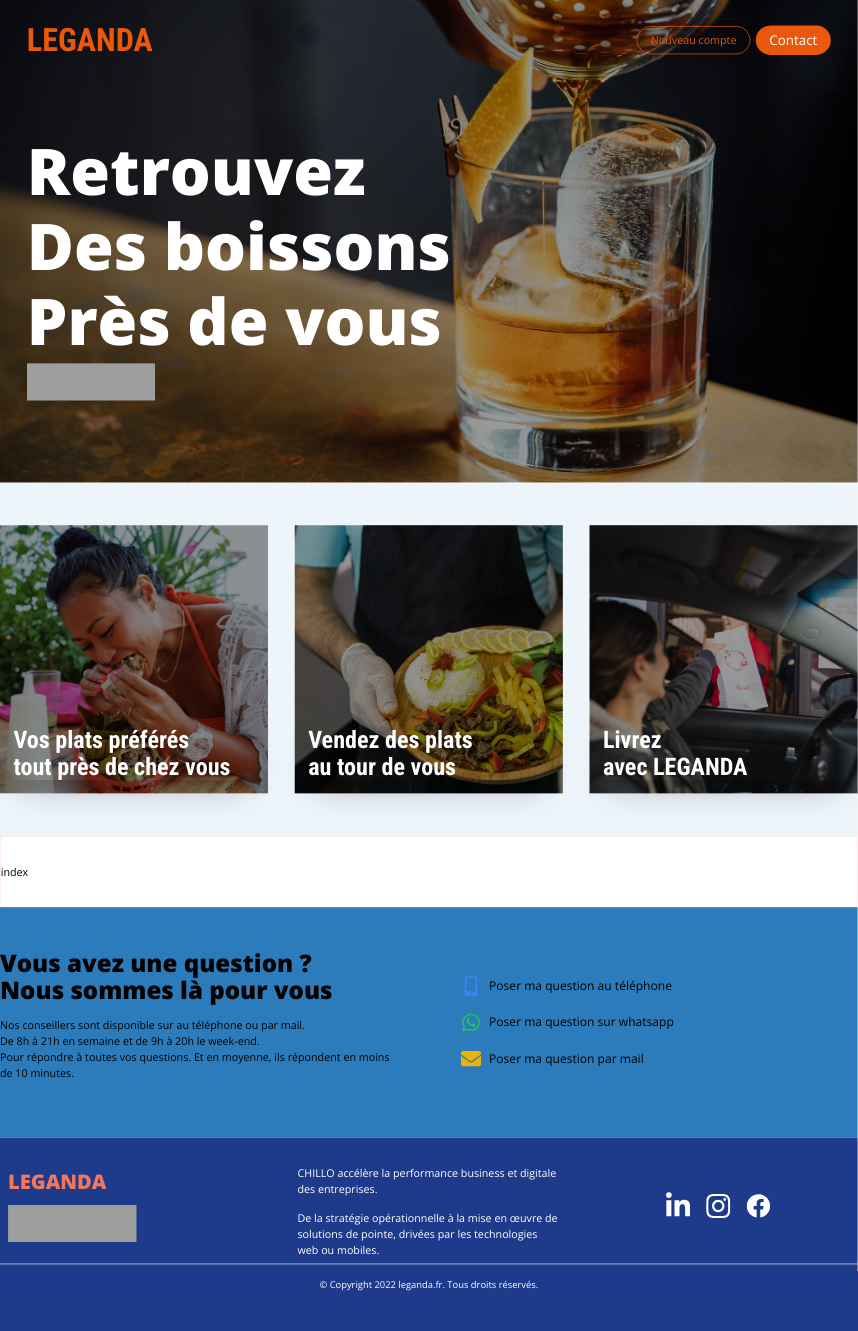
Repository: chillo-tech/website-leganda
Page: /
These files come from the project's save history. The page is drawn as it stood at one moment and after the next save; the edit follows.
The browser window is 1280 px wide. The pictures show the whole page, at 67% of full size.
Pictures or frames that could not be fetched are drawn as grey boxes. The project was rebuilt for these pictures with package versions that can differ from the ones it lists, and the page was loaded fresh each time. Some packages were replaced by stand-ins written for this rebuild. The framework's server and built-in components were replaced by stand-ins that run in the browser. Also part of the build but not shown: next.config.js, components/header/items/SearchBar.tsx.

Above is the page before, as saved 2023-02-09 11:12:43.

### pages/_document.tsx
import { Html, Head, Main, NextScript } from 'next/document'
import Footer from '../components/footer/Footer';

export default function Document() {
	return (
		<Html className="scroll-smooth">
			<Head>
        <link rel="preconnect" href="https://fonts.googleapis.com"/>
        <link rel="preconnect" href="https://fonts.gstatic.com"/>
        <link href="https://fonts.googleapis.com/css2?family=Open+Sans:ital,wght@0,300;0,800;1,800&family=Roboto&family=Roboto+Condensed:wght@700&display=swap" rel="stylesheet"/>
        <link rel="icon" href="/favicon.ico" />
			</Head>
			<body className='flex flex-col h-screen justify-between'>
				<Main />
				<NextScript />
				<Footer />
        <script defer type="text/javascript" src="https://maps.googleapis.com/maps/api/js?key=AIzaSyBoBBvzxlRlkbfYzZcHp8ALOwBk3YjfB-I&libraries=places" />
			</body>
		</Html>
	)
}

### pages/index.tsx
import type { NextPage } from 'next'
import Head from 'next/head';
import Image from 'next/image'
import Link from 'next/link';
import { useState,useRef,useEffect } from 'react';
import Questions from '../components/questions/Questions';
import Header from '../components/header/Header';
import {cn, HEADERS_ITEMS, loaderProp, STORES} from '../utils';
import Tabs from '../components/tabs';

const Home: NextPage = () => {
  const [isLoading, setLoading] = useState(true);
  const timeoutRef = useRef<any>();
  const [displayedItemIndex, setDisplayedItemIndex] = useState(0);
  const delay = 5000;

  const resetTimeout = () => {
    if (timeoutRef.current) {
      clearTimeout(timeoutRef.current);
    }
  }

  useEffect(() => {
    timeoutRef.current = setTimeout(
      () =>
          setDisplayedItemIndex((prevIndex) =>
              prevIndex === HEADERS_ITEMS.length - 1 ? 0 : prevIndex + 1
          ),
      delay
    );
    return () => {
      resetTimeout();
    };
  }, [displayedItemIndex]);
  return (
      <>
        <Head>
          <title>{`LEGANDA | Repas entre particuliers ${HEADERS_ITEMS[displayedItemIndex]['label']}`}</title>
        </Head>
        <main>
          <header className="relative h-screen md:mb-0">
            <Image
              src={HEADERS_ITEMS[displayedItemIndex]['image']}
              alt={`Leganda ${HEADERS_ITEMS[displayedItemIndex]['label']}`}
              unoptimized={true}
              priority={true}
              fill={true}
              className="object-cover"


            />
            <div className="bg-gray opacity-200 header-content absolute bottom-0 top-0 left-0 right-0">
              <div className="bg-black-rgba w-full pt-5 px-3 md:px-10 h-screen mx-auto flex flex-col justify-between">
                <Header withSearchBar={false} />
                <div className="container">
                  <div className="text-5xl md:text-8xl font-extrabold text-white">Retrouvez</div>
                  <div className="text-5xl md:text-8xl py-4 font-extrabold text-white py-2 md:py-4 text-orange-600">{HEADERS_ITEMS[displayedItemIndex]['label']}</div>
                  <div className="text-5xl md:text-8xl font-extrabold text-white">Près de vous</div>
                  <p className="flex py-4 items-center justify-center md:justify-start">
                    {STORES.filter((item: any) => item.active).map((item: any, index: number) => (
                        <Link
                            href="#"
                            target="_blank"
                            key={`liens-${index}`} className="block items-center py-2 w-48 h-14 relative">
                          <Image
                              fill={true}
                              src={`/images/${item.image}`}
                              alt={item?.label}
                          />

                        </Link>
                    ))}
                  </p>
                </div>
                <p />
              </div>
            </div>
          </header>
          <section className="categories py-3 md:py-16 bg-app-light-blue">
            <div className="container">
              <div className="grid gap-10 md:grid-cols-3">
                <Link href='/' className='relative'>
                    <div className="relative home-page-article ">
                      <Image
                          src="/images/eat-food.jpeg"
                          alt="os plats préférés tout près de chez vous"
                          fill={true}
                          unoptimized={true}
                          className="object-cover"
                        />
                    </div>
                    <div className="absolute bottom-0 left-0 right-0 top-0 bg-black-rgba">
                    </div>
                    <div className="absolute bottom-0 left-0 right-0 py-5 px-5 text-white">
                      <h2 className='font-bold pt-2 text-3xl md:text-4xl title shadow-2xl'>Vos plats préférés <br /> tout près de chez vous</h2>
                    </div>
                </Link>
                <Link href='/' className='relative'>
                    <div className="relative home-page-article ">
                      <Image
                          src="/images/food-on-fire.jpeg"
                          alt="Vendez vos plats de vous"

                          fill={true}
                          unoptimized={true}
                          className="object-cover"
                        />
                    </div>
                    <div className="absolute bottom-0 left-0 right-0 top-0 bg-black-rgba">
                    </div>
                    <div className="absolute bottom-0 left-0 right-0 py-5 px-5 text-white">
                      <h2 className='font-bold pt-2 text-3xl md:text-4xl title shadow-2xl'>Vendez des plats <br /> au tour de vous</h2>
                    </div>
                </Link>
                <Link href='/' className='relative'>
                    <div className="relative home-page-article ">
                      <Image
                          src="/images/delivery.jpeg"
                          alt="Livrez des repas avec leganda"
                          fill={true}
                          unoptimized={true}
                          className="object-cover"
                        />
                    </div>
                    <div className="absolute bottom-0 left-0 right-0 top-0 bg-black-rgba">
                    </div>
                    <div className="absolute bottom-0 left-0 right-0 py-5 px-5 text-white">
                      <h2 className='font-bold pt-2 text-3xl md:text-4xl title shadow-2xl'>Livrez <br /> avec LEGANDA</h2>
                    </div>
                </Link>

              </div>
              </div>
          </section>
          <section className='container px-3 md:px-0'>
          <Tabs/>
          </section>
          {/*<Cities />*/}
          <Questions />
        </main>
      </>
  )
}

export default Home

### styles/globals.css
@tailwind base;
@tailwind components;
@tailwind utilities;
body {
  font-family: 'Open Sans', 'Roboto', sans-serif;
}
.title {
  font-family: 'Roboto Condensed', sans-serif;
}
@layer base {
  [type="text"],
  [type="email"],
  [type="url"],
  [type="password"],
  [type="number"],
  [type="date"],
  [type="datetime-local"],
  [type="month"],
  [type="search"],
  [type="tel"],
  [type="time"],
  [type="week"],
  [multiple],
  textarea,
  select {
    @apply w-full border-gray-300 rounded-lg shadow-sm focus:border-blue-500 focus:ring-blue-500;
  }
  [type="checkbox"],
  [type="radio"] {
    @apply border-gray-300 rounded text-blue-600 focus:ring-blue-500;
  }
}

.bg-site-blue {
    background-color: #86aec0;
    color: #000000;
}

.bg-site-orange {
    background-color: #f6ac9f;
}

.color-site-blue {
   color: #86aec0;
}

.color-site-orange {
    color: #f2785c;
}

.home-page-article {
  min-height: 400px;
}

### context/search-context-provider.tsx
import { SearchParams } from '../types';
import { Context,createContext, useMemo, useReducer, useCallback } from 'react'
import SearchReducer from './SearchReducer';
import { Param } from '../types/Param';
import { INITIAL_STATE, UPDATE_SEARCH_CRITERIA } from '../utils';
import { SearchContextData } from '../types/SerchContextData';
type Props = {
  children: JSX.Element,
};
export const SearchContext = createContext<SearchContextData>({state: INITIAL_STATE});
function SearchContextProvider({children}: Props) {
  const [state, dispatch] = useReducer(SearchReducer, INITIAL_STATE);

  const update = useCallback(
    (data: Param) =>
      dispatch({
        type: UPDATE_SEARCH_CRITERIA,
        data
      }),
    [],
  );
  const value = useMemo(
    () => ({state, update }),
    [state,update],
  );
  return (
    <SearchContext.Provider value={value}>
      {children}
    </SearchContext.Provider>
  )
}

export default SearchContextProvider;

### components/footer/Footer.tsx

import React from 'react';
import { FaFacebook, FaInstagram, FaLinkedinIn } from 'react-icons/fa';
import Link from 'next/link'
import { cn, STORES } from '../../utils';
import Image from 'next/image';
function Footer() {
	return (
			<footer className="bg bg-blue-900 text-white pb-10 pt-10 font-extralight flex flex-col" id="a-propos-de-nous">
				<div className="container mx-auto px-3">
					<div className="grid grid-cols-1 gap-10 md:grid-cols-3 md:p-0 items-center">
						<div className="presentation">
              <Link href='/' className='mb-5 color-site-orange uppercase font-extrabold text-3xl'>LEGANDA
              </Link>
              <p className="flex py-4 items-center justify-center md:justify-start">
                {STORES.filter((item: any) => item.active).map((item: any, index: number) => (
                    <Link
                        href="#"
                        target="_blank"
                        key={`liens-${index}`}
                        className="block items-center py-2 w-48 h-14 relative">
                      <Image
                          fill={true}
                          src={`/images/${item.image}`}
                          alt={item?.label}
                      />
                    </Link>
                ))}
              </p>
						</div>
						<div className="presentation">
							<p className='mb-5'>CHILLO accélère la performance business et digitale des entreprises. </p>
							<p>De la stratégie opérationnelle
								à la mise en œuvre de solutions de pointe, drivées par les technologies web ou mobiles.</p>
						</div>
						<div className="presentation flex flex-col items-center justify-center">
							<div className='px-10 flex items-center justify-between text-center'>
								<FaLinkedinIn color='text-slate-300' className='px-3 text-6xl'/>
								<FaInstagram className='px-3 text-6xl'/>
								<FaFacebook className='px-3 text-6xl'/>
							</div>
							<div className='py-2'>

							</div>
						</div>
					</div>
				</div>
				<div className="copyright border-top-1 mt-2 font-light">
					<div className="container py-5 text-sm mx-auto text-center border-solid border-t border-slate-200">
						&copy; Copyright {(new Date()).getFullYear()} leganda.fr. Tous droits réservés.
					</div>
				</div>
			</footer>

	);
}

export default Footer;

### components/questions/Questions.tsx
import Link from 'next/link'
import React from 'react'
import { FaEnvelope, FaMobile, FaMobileAlt, FaPhoneAlt, FaWhatsapp } from 'react-icons/fa'

function Questions() {
  return (
    <section className='py-16 bg-app-blue'>
        <div className="container grid md:grid-cols-2 md:gap-24 items-center px-3 md:px-0">
          <article>
            <h2 className='md:text-4xl text-3xl font-semibold text-black'>
              <p className='p-0 m-0'>Vous avez une question ?</p>
              <p className='p-0 m-0'>Nous sommes là pour vous</p>
            </h2>
            <div className='py-5'>
              <p className='p-0 m-0'>Nos conseillers sont disponible sur au téléphone ou par mail.</p>
              <p className='p-0 m-0'>De 8h à 21h en semaine et de 9h à 20h le week-end.</p>
              <p className='p-0 m-0'>Pour répondre à toutes vos questions. Et en moyenne, ils répondent en moins de 10 minutes.</p>
            </div>
          </article>
          <article>
              <Link href="tel:0033761705745" className='py-3 text-lg flex'>
                  <FaMobileAlt className='text-3xl text-blue-500 mr-3' /> Poser ma question au téléphone
              </Link>
              <Link href="whatsapp:0033761705745" className='py-3 text-lg flex'>
                  <FaWhatsapp className='text-3xl text-green-500 mr-3' /> Poser ma question sur whatsapp
              </Link>
              <Link href="mailto:armelle.leganda@gmail.com" className='py-3 text-lg flex'>
                  <FaEnvelope className='text-3xl text-yellow-500 mr-3' /> Poser ma question par mail
              </Link>
          </article>
        </div>
    </section>
  )
}

export default Questions

### components/header/Header.tsx
import { faPhone, faUser } from '@fortawesome/free-solid-svg-icons'
import { FontAwesomeIcon } from '@fortawesome/react-fontawesome'
import Link from 'next/link'
import React from 'react'
import SearchBar from './items/SearchBar'

function Header({withSearchBar = true}: {withSearchBar?: boolean}) {
  return (
    <header className="container py-4">
       <nav className='flex justify-between items-center'>
        <Link href="/" className='text-orange-600 uppercase title text-5xl'>LEGANDA
        </Link>
        {withSearchBar ? <SearchBar /> : null }
        <ul className='md:flex justify-between items-center hidden'>
          <li>
            <Link href="/" className='border border-orange-600 rounded-3xl px-5 py-2 text-orange-600 flex justify-between items-center'>
                <FontAwesomeIcon icon={faUser} className="hidden border-none text-xs mr-2" size='xs' />
                Nouveau compte
            </Link>
          </li>
          <li  className='ml-2'>
          <Link href="/" className='bg-orange-600 rounded-3xl text-xl px-5 font-medium py-2 flex text-white'>
              <FontAwesomeIcon icon={faPhone} className="hidden border-none mr-2"/>
              Contact
          </Link>
          </li>
        </ul>
      </nav>
    </header>
  )
}

export default Header

### utils/index.ts
export * from './clear-string';
export * from './DateFormat';
export * from './isValidPhoneNumber';
export * from './isValidEmail';
export * from './Endpoints';
export * from './Data';
export * from './request-options';

### components/tabs/index.tsx
import React from 'react'

function Tabs({items}: any) {
  return (
    <section className='border border-red-100 py-10'>index</section>
  )
}

export default Tabs

### context/SearchReducer.ts
import { UPDATE_SEARCH_CRITERIA } from './../utils/Data';
import { Action } from './../types/Action';
import { SearchParams } from "../types";

function SearchReducer (state: SearchParams, action: Action){
  switch(action.type){
    case UPDATE_SEARCH_CRITERIA: {
        return {
          ...state,
          [action.data.key]: action.data.value
        }
    }
  }
  return state;
}

export default SearchReducer;

### utils/clear-string.ts
export const cleanString = (entry: string) => {
	return entry ? entry.replace(/^[\s\uFEFF\xA0]+|[\s\uFEFF\xA0]+$/g, '') : '';
}

### utils/DateFormat.ts
export const getFormattedDate = (entry: Date) => {
	const year = entry.getFullYear();
	const month = `0${entry.getMonth() + 1}`.slice(-2);
	const day = `0${entry.getDate()}`.slice(-2);
	return `${day}/${month}/${year}`;
};

export const getFormattedTime = (entry: Date) => {
	const hours = `0${entry.getHours()}`.slice(-2);
	const minutes = `0${entry.getMinutes()}`.slice(-2);
	return `${hours}:${minutes}`;
};

const getWeekNumber = (entry: Date) => {
	// Copy date so don't modify original
	const date = new Date(Date.UTC(entry.getFullYear(), entry.getMonth(), entry.getDate()));
	// Set to nearest Thursday: current date + 4 - current day number
	// Make Sunday's day number 7
	date.setUTCDate(date.getUTCDate() + 4 - (date.getUTCDay() || 7));
	// Get first day of year
	const yearStart = new Date(Date.UTC(date.getUTCFullYear(), 0, 1));
	// Calculate full weeks to nearest Thursday
	return Math.ceil((((Number(date) - Number(yearStart)) / 86400000) + 1) / 7);
	// Return array of year and week number

}

export const getDayAndMonthLabel = (entry: Date) => {
	const days = ['Dimanche', 'Lundi', 'Mardi', 'Mercredi', 'Jeudi', 'Vendredi', 'Samedi'];
	const months = ["Jan.", "Fev.", "Mars", "Avr.", "MaI", "Juin",
		"Jul.", "Août", "Sep.", "Oct.", "Nov.", "Dec."
	];
	return [days[entry.getDay()], months[entry.getMonth()]];
}

export const getDisplayedDate = (entry: string = "") => {
	if (!entry.trim().length) {
		return entry;
	}
	const adWeekNo = getWeekNumber(new Date(entry));
	const todayWeekNo = getWeekNumber(new Date());
	if ((adWeekNo - todayWeekNo) > 1) {
		const [dayOfDate, month, year] = getFormattedDate(new Date(entry)).split('/');
		const [dayOfWeekLabel, monthLabel] = getDayAndMonthLabel(new Date(entry));
		return `${dayOfWeekLabel}, ${dayOfDate} ${monthLabel}`;
	} else {
		const [dayOfWeekLabel] = getDayAndMonthLabel(new Date(entry));
		return dayOfWeekLabel;
	}
};

### utils/isValidPhoneNumber.ts
export const isValidPhoneNumber = (value: string) => {
	const PHONE_REGEXP = /^0[6|7]\d{8}$/
	return PHONE_REGEXP.test(value);
}

### utils/isValidEmail.ts
export const isValidEmail = (value: string) => {
	const EMAIL_REGEXP = /^\S+@\S+\.\S+$/;
	return value.trim().length ? EMAIL_REGEXP.test(value) : true;
}

### utils/Endpoints.ts
export const LOCAL_DNS = 'http://192.168.111.244:9090';//verifier ipconfig avant d'exécuter
export const PROD_DNS = "https://api.leganda.chillo.fr";
export const IMAGES_URL = `${PROD_DNS}/assets`;
export const BACKOFFICE_URL = `${PROD_DNS}/api/v1`;
export const ADS_ENDPOINT = "ad";
export const FAVORITE_ENDPOINT = "favorite";
export const ACCOUNT_ENDPOINT = "account";
export const ADDRESS_ENDPOINT = "address";
export const CATEGORY_ENDPOINT = "category";
export const GOOGLE_PACES_API_BASE_URL = 'https://maps.googleapis.com/maps/api/place';
export const GOOGLE_PACES_API_KEY = 'AIzaSyBoBBvzxlRlkbfYzZcHp8ALOwBk3YjfB-I';
export const MAP_ZOOM = 10;
export const GOOGLE_PACES_CENTER_COORDINATES = {lat: 48.117266,lng: -1.677793};

### utils/Data.ts
import {EMAIL, PHONE} from "./providers";
export const CATEGORY_BGCOLORS = [ "#BCA1F2", "#BCDDE4", "#CFEACB", "#F4E169"];
export const PLUS_FAVORITES_UPDATED = "Super cette annonce a été ajoutée à vos favoris";
export const REMOVE_FAVORITES_UPDATED = "Cette annonce a été retirée de vos favoris";
export const AUTHENTICATED_USER = "authenticatedUser";
export const MAPBOX_ACCESSTOKEN = "pk.eyJ1IjoiYWNoaWxsZW1ib3VndWVuZyIsImEiOiJja3Zvd3EzcmswaThkMnZrZ25iYmtveDBhIn0.pDR7pKL18d3iz5NoaRmWYg";
export const RESET_AD = "RESET_AD";
export const DELETE_KEY = "DELETE_KEY";
export const SET_NUMBER_OF_CHILDREN = "SET_NUMBER_OF_CHILDREN";
export const SET_ADS = "SET_ADS";
export const SET_CATS = "SET_CATS";
export const SET_CAT = "SET_CAT";
export const SET_AD = "SET_AD";
export const SET_SELECTED_ITEM_ID = "SET_SELECTED_ITEM_ID";
export const SET_STEP_INDEX = "SET_STEP_INDEX";
export const UPDATE_AD = "UPDATE_AD";
export const UPDATE_SEARCH_CRITERIA = "UPDATE_SEARCH_CRITERIA";
export const UPDATE_USER_INFOS = "UPDATE_USER_INFOS";
export const USER_TOKEN = "USER_TOKEN";
export const SIGN_IN = 'SIGN_IN';
export const SIGN_OUT = 'SIGN_OUT';
export const SIGN_UP = 'SIGN_UP';
export const RECOMMEND_TEXT = "Bonjour, j'ai découvert cette application qui a de belles annonces. Je te la recommande";
export const RESTORE_TOKEN = "RESTORE_TOKEN";
export const AD_PLACEHOLDER = ["Taro du dimanche", "20kg à destination de Yaoundé", "Carton de Guinness", "Stage de developpeur"];
export const STORES = [
	{
		image: 'google-app-store-badge.svg',
		active: true,
		path: '#',
		label: 'LEGANDA sur PLAY STORE'
	},
	{
		image: 'apple-app-store-badge.svg',
		active: false,
		path: '#',
		label: 'LEGANDA sur APPLE STORE'
	}
]
export const HEADERS_ITEMS = [
	{
		image: '/images/food.jpeg',
		active: true,
		label: 'Des mets'
	},
	{
		image: '/images/drinks.jpeg',
		active: false,
		label: 'Des boissons'
	},
	{
		image: '/images/spices.jpeg',
		active: false,
		label: 'Des épices'
	},
	{
		image: '/images/service.jpeg',
		active: false,
		label: 'Des services'
	}
]
export const INITIAL_STATE = {
		address: {city: ''}
}

export const HELP_LINK = {
	whatsapp: `whatsapp://send?text=&phone=${PHONE}`,
	sms: `sms:${PHONE}`,
	mail: `mailto:${EMAIL}`,
	phone: `tel:${PHONE}`
}

export const SHARE_LINK = {
	whatsapp: `whatsapp://send?text=`,
	sms: `sms:body=`,
	mail: `mailto:${EMAIL}`,
	phone: `tel:${PHONE}`
}

export const MORESCREEN_DATA = [
	{
		id: 'recommendations',
		title: "Recommandations",
		items: [
			{
				id: '587',
				icon: 'thumbs-up',
				name: 'sms',
				action: 'recommend',
				title: 'Recommandez notre application',
			},
			{
				id: '588',
				icon: 'facebook',
				name: 'facebook',
				action: 'recommend',
				title: 'Aimez notre page facebook',
			},
			{
				id: '589',
				icon: 'thumbs-up',
				name: 'like',
				action: 'recommend',
				title: 'Notez nous sur le store',
			}
		]
	},
	{
		id: 'assistance',
		title: "assistance",
		items: [
			{
				id: '386',
				icon: 'whatsapp',
				name: 'whatsapp',
				action: 'help',
				title: 'Posez votre question via whatsapp',
			},
			{
				id: '387',
				icon: 'sms',
				name: 'sms',
				action: 'help',
				title: 'Posez votre question  par sms',
			},
			{
				id: '389',
				name: 'mail',
				action: 'help',
				icon: 'envelope',
				title: 'Envoyez nous un mail',
			},
			{
				id: '388',
				icon: 'phone-alt',
				name: 'phone',
				action: 'help',
				title: 'Appelez nous',
			}
		]
	}
]

export const loaderProp =({ src }: {src: string}) => {
  console.log('====================================');
  console.log(src);
  console.log('====================================');
  return src;
}
export const cn = (...classes: string[]) =>{
  return classes.filter(Boolean).join(' ')
}

### utils/request-options.ts
export const getHeaders = () => ({
	'X-Requested-With': 'XMLHttpRequest',
	'Content-Type': 'application/x-www-form-urlencode',
	Accept: "application/json"
});

### utils/providers.ts


export const PHONE = "+33761705745";
export const EMAIL = "achille.mbougueng@yahoo.fr";

export const OPENCAGE_GEOCODE_API = "https://api.opencagedata.com/geocode/v1/json";
export const OPENCAGE_API_KEY = "2dd86530d37b4cf3a321d24e6c624a40";

export const MAPBOX_API_KEY = "pk.eyJ1IjoiYWNoaWxsZW1ib3VndWVuZyIsImEiOiJja3Zvd3EzcmswaThkMnZrZ25iYmtveDBhIn0.pDR7pKL18d3iz5NoaRmWYg";
export const MAPBOX_PLACES = "https://api.mapbox.com/geocoding/v5/mapbox.places";

Loaded but not shown: pages/_app.tsx (common file); tailwind.config.js (37 lines, source omitted)

After the next save:
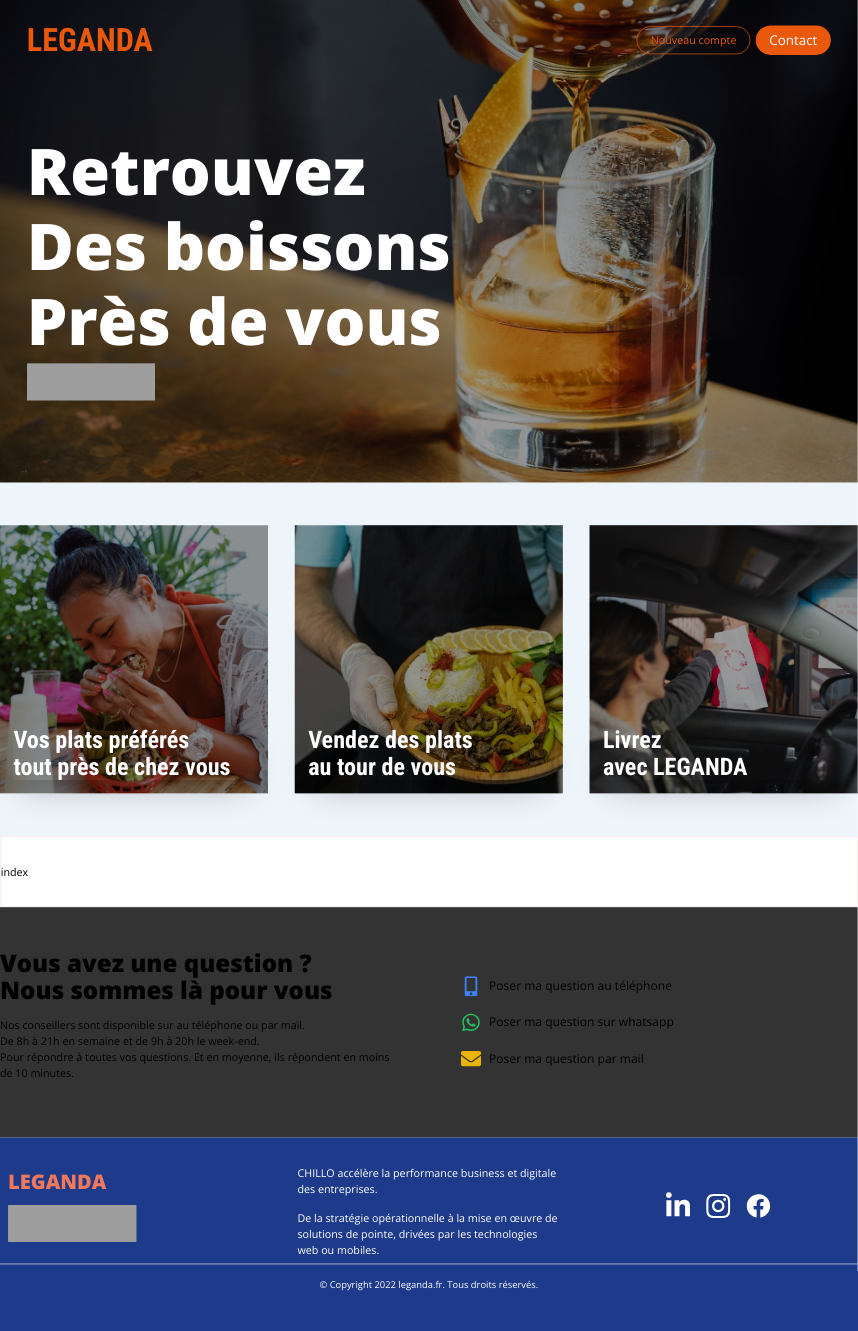
Saved 11 s later.
--- a/components/questions/Questions.tsx
+++ b/components/questions/Questions.tsx
@@ -4,7 +4,7 @@
 
 function Questions() {
   return (
-    <section className='py-16 bg-app-blue'>
+    <section className='py-16 bg-app-gray'>
         <div className="container grid md:grid-cols-2 md:gap-24 items-center px-3 md:px-0">
           <article>
             <h2 className='md:text-4xl text-3xl font-semibold text-black'>
